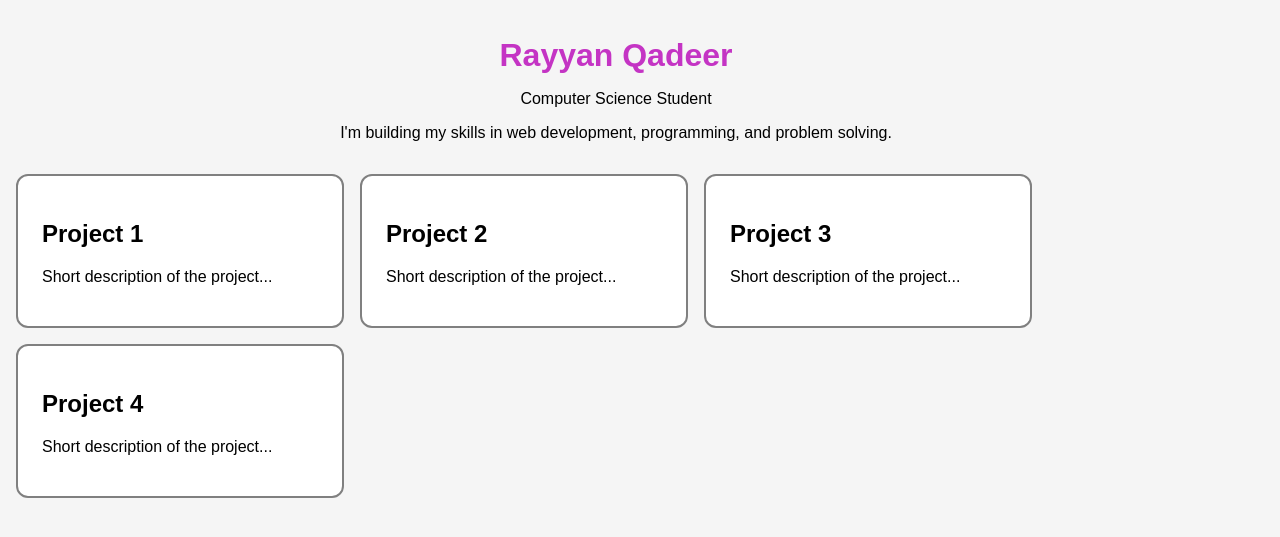
Repository: rayyan-qadeer/rayyan-qadeer
Page: index.html
An editor plug-in stored every save of this project. The page is shown before and after the next save, followed by the edit.
The browser window is 1280 px wide. The pictures show the whole page.

Above is the page before, as saved 2026-04-22 13:58:30.

After the next save:
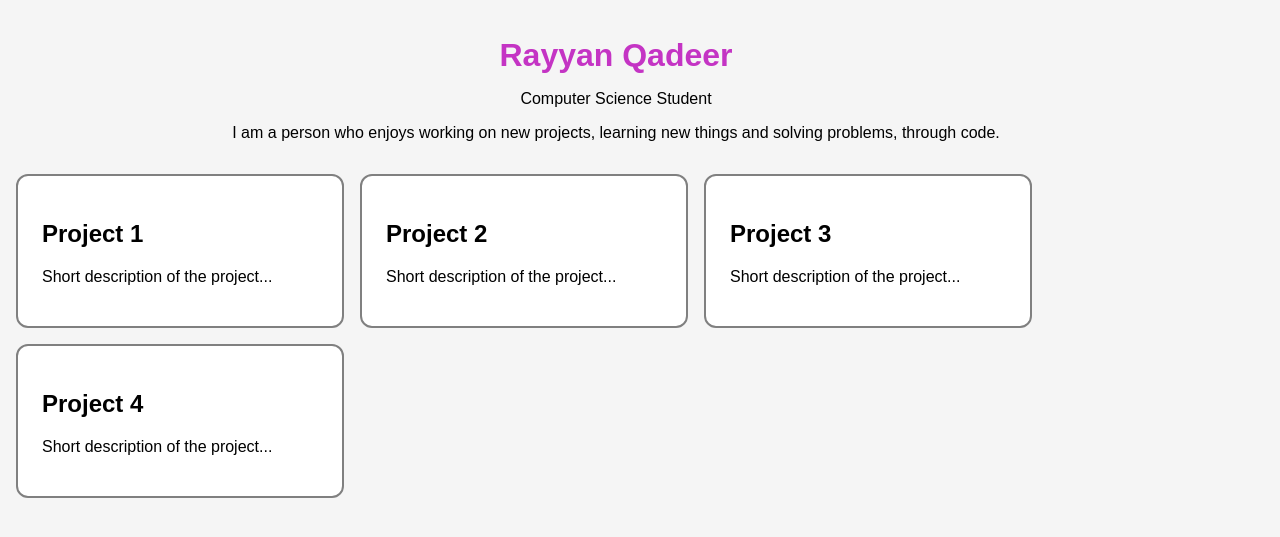
Saved 22 s later.
--- a/index.html
+++ b/index.html
@@ -13,8 +13,7 @@
         <h1>Rayyan Qadeer</h1>
         <p>Computer Science Student</p>
         <p>
-          I'm building my skills in web development, programming, and problem
-          solving.
+          I am a person who enjoys working on new projects, learning new things and solving problems, through code.
         </p>
       </header>
 
